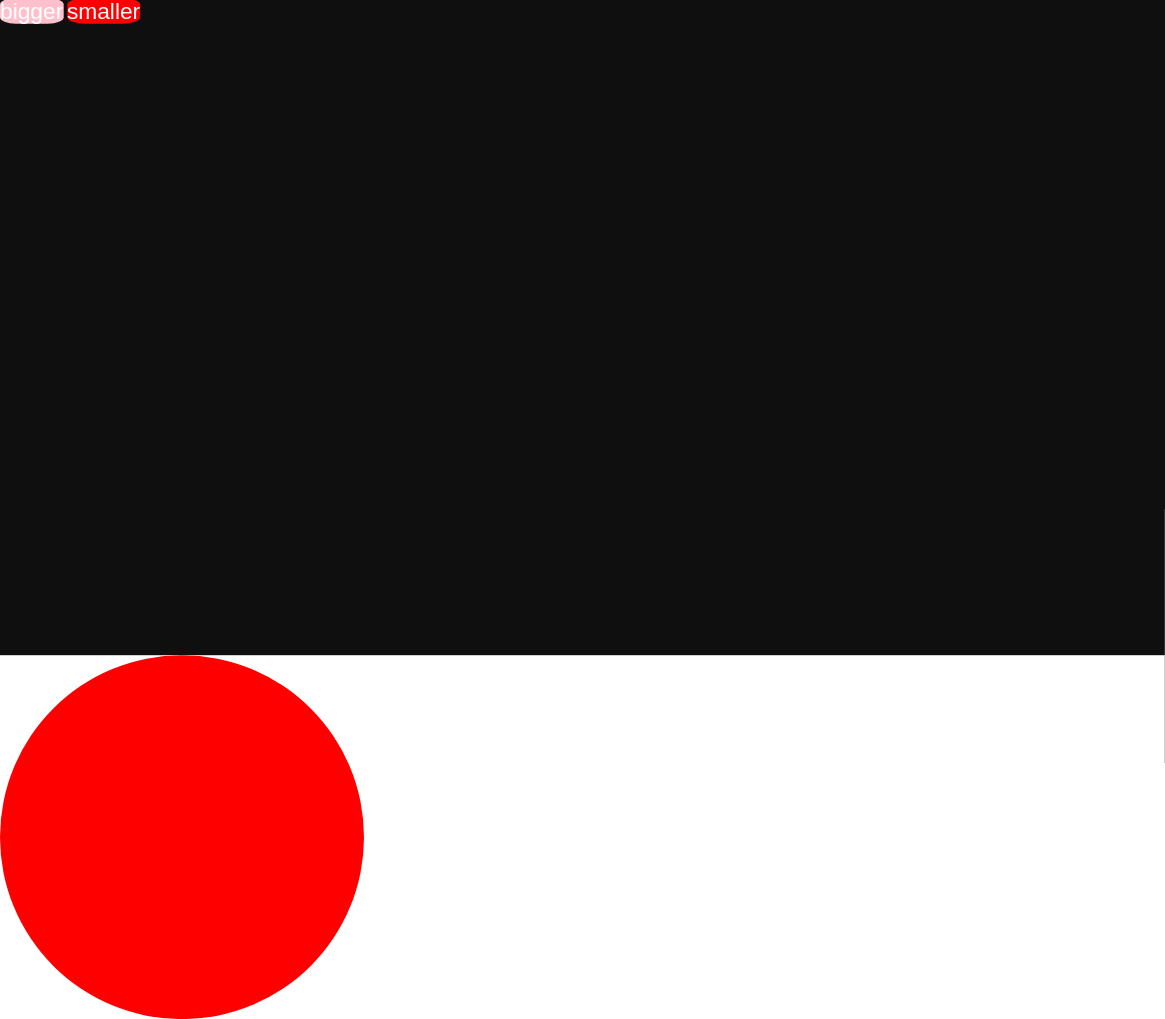
Repository: xuc009/assignment-4
Page: index.html
The author's editor kept a copy of each file at every save. The page is drawn from the files as they stood at one save, then again after the next save.
The browser window is 1280 px wide. The pictures show the whole page, at 91% of full size.

Above is the page before, as saved 2019-11-21 16:31:33.

After the next save:
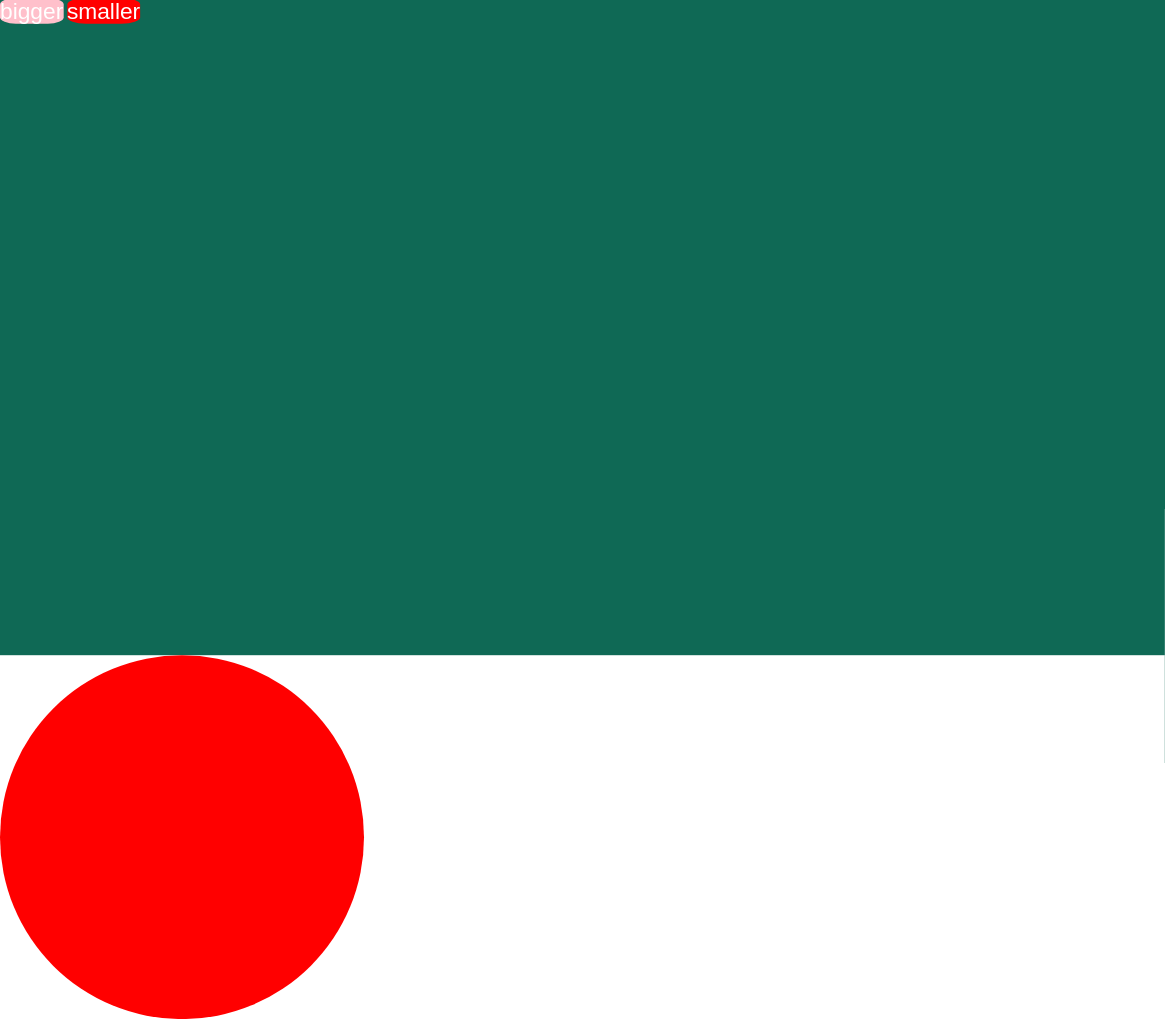
Saved 14 s later.
--- a/assets/script2.js
+++ b/assets/script2.js
@@ -30,8 +30,8 @@ var saveUserInfo = function(){
 
 		console.log("current color:", currentColor);
 		var red = 10
-		var green = 10
-		var blue = 10
+		var green = 100
+		var blue = 80
 		// var red = currentColor[0];
 		red = parseInt(red);
 		// console.log("red value:", red);
